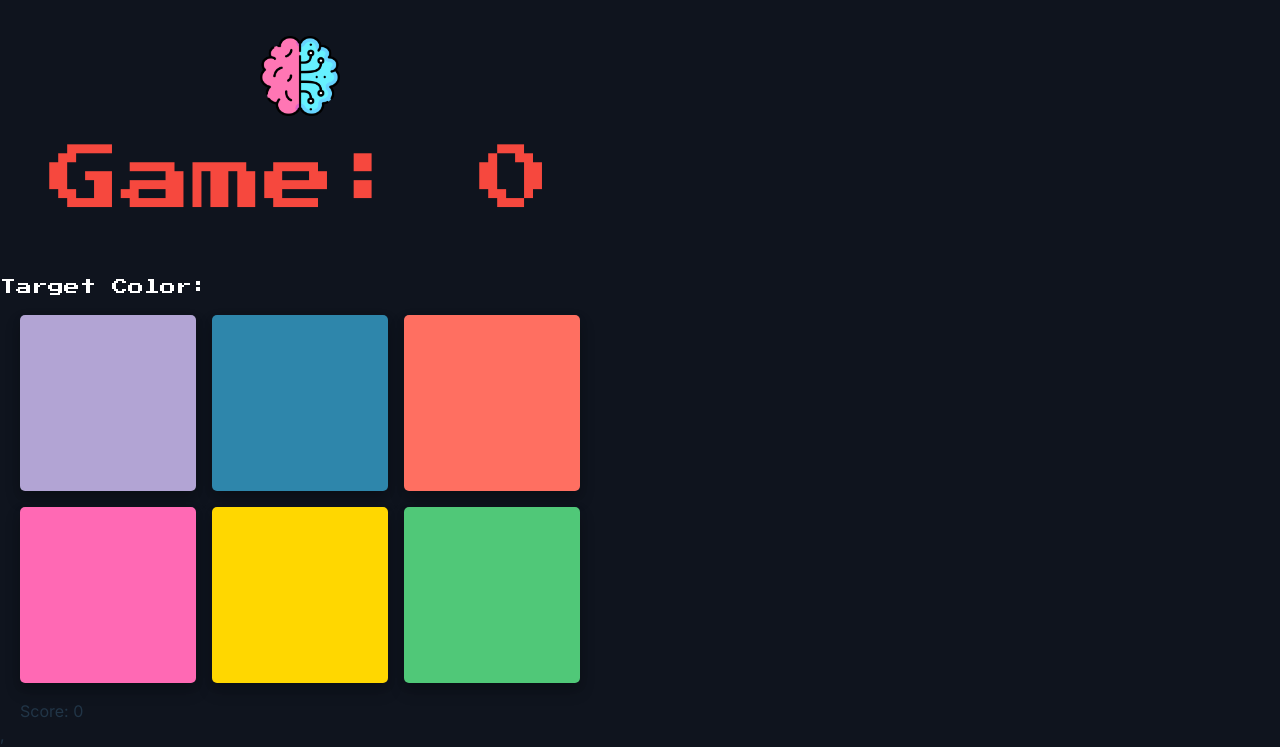
Repository: Shenixo/Color_match_game
Page: /game_play
The author's editor kept a copy of each file at every save. The page is drawn from the files as they stood at one save, then again after a run of saves.
The browser window is 1280 px wide. The pictures show the whole page.
The project was rebuilt for these pictures with package versions that can differ from the ones it lists, and the page was loaded fresh each time. Also part of the build but not shown: vite.config.js, src/Components/Tab/Tab.css, src/Components/Tab/Tab.jsx, src/Pages/Home/Home.jsx, src/Pages/Rules/Rules.css, src/Pages/Rules/Rules.jsx, src/Pages/Sound/Sound.jsx. Imported but missing from the stored project, and not drawn on this page: src/assets/button_clicks.wav, src/assets/game_theme_sound.mp4.

Above is the page before, as saved 2025-02-04 01:21:31.

After the next 3 saves:
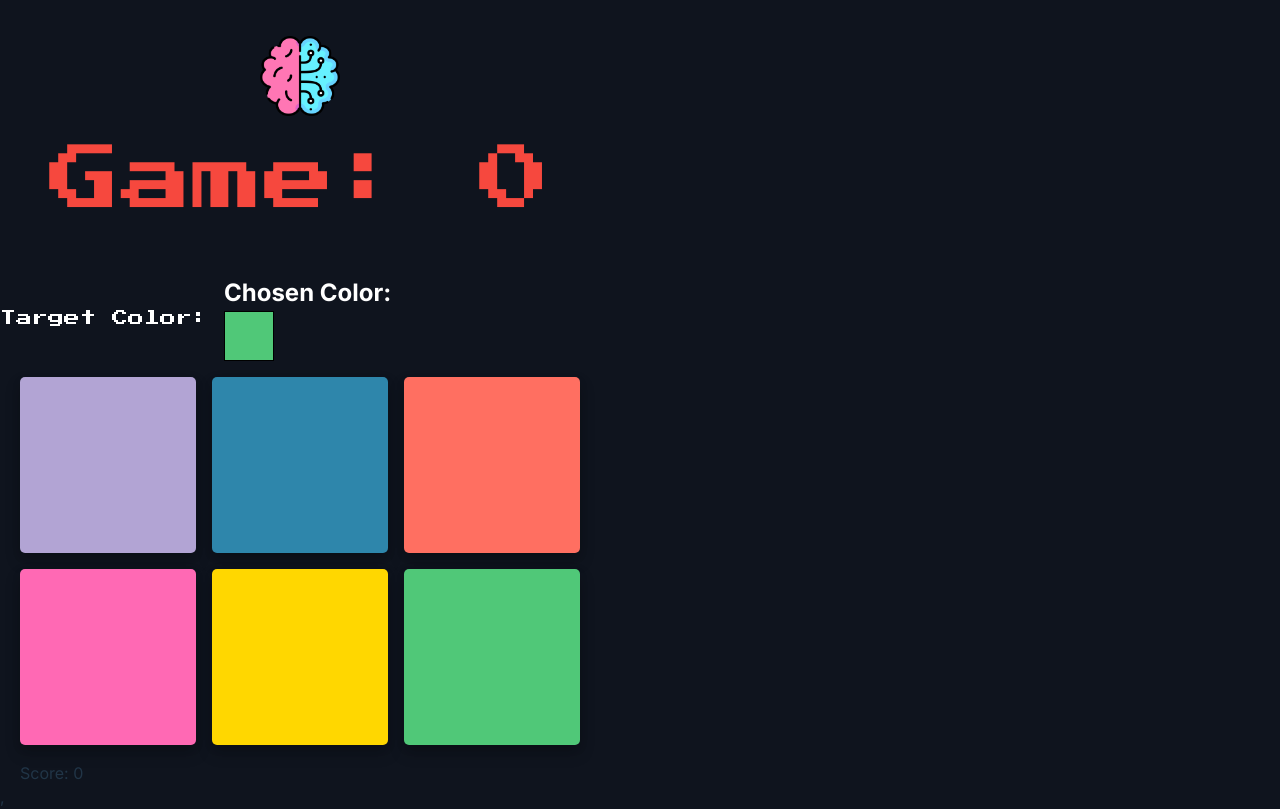
The 3 saves are shown as one change because they came seconds apart.
The last was saved 11 s later.
--- a/src/Components/ScoreNdColorBox/ScoreNdColorBox.jsx
+++ b/src/Components/ScoreNdColorBox/ScoreNdColorBox.jsx
@@ -8,7 +8,7 @@ const ScoreNdColorBox = () => {
     <div className="score_nd_color_box">
       <div className="target_card">
         <p>Target Color:</p>{" "}
-        {/* <div className="random_card" style={{ background: randomCard }} />{" "} */}
+        <ChosenColor/>
       </div>
     </div>
   );
